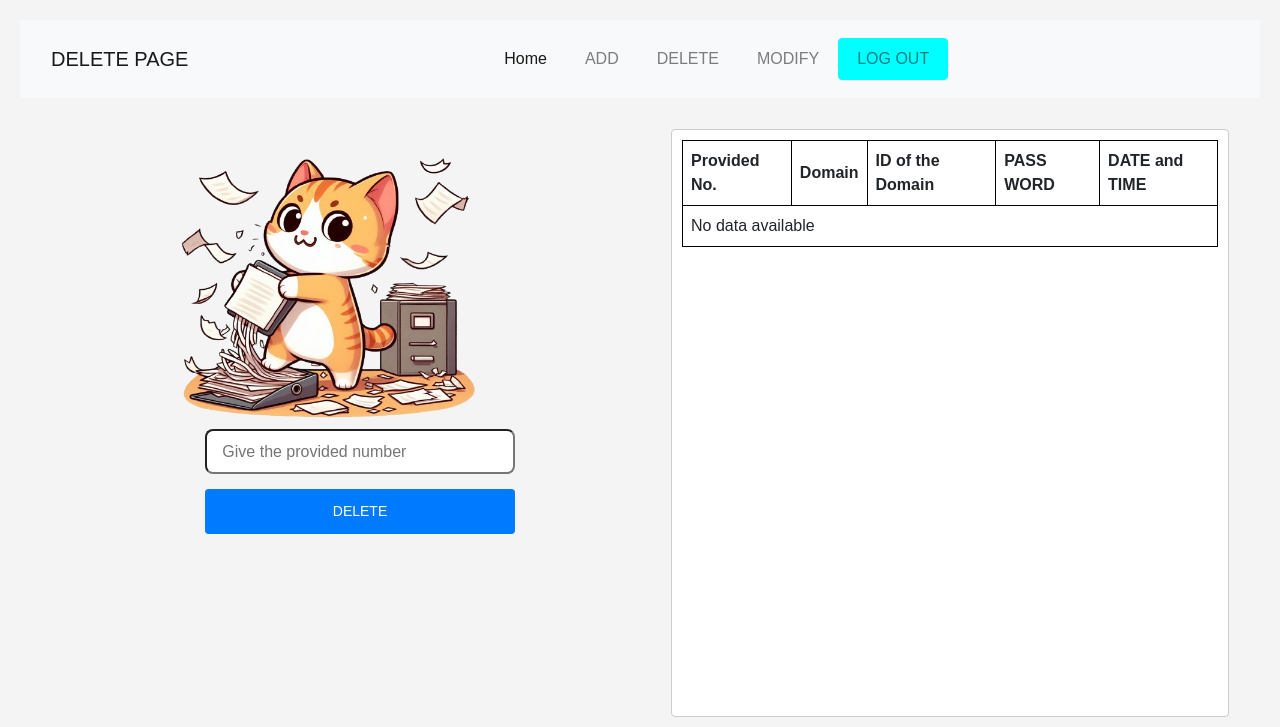
Repository: wizzy-abhishek/Projects
Page: http://localhost/Iam_Doing/Delete.jsp
An editor plug-in stored every save of this project. The page is shown before and after the next save, followed by the edit.
The browser window is 1280 px wide. The pictures show the whole page.
Some web libraries are served in a nearby version. The page is served by Tomcat 10. Nobody is signed in. The application's start-up code is not run.

Above is the page before, as saved 2024-06-28 22:35:25.

After the next save:
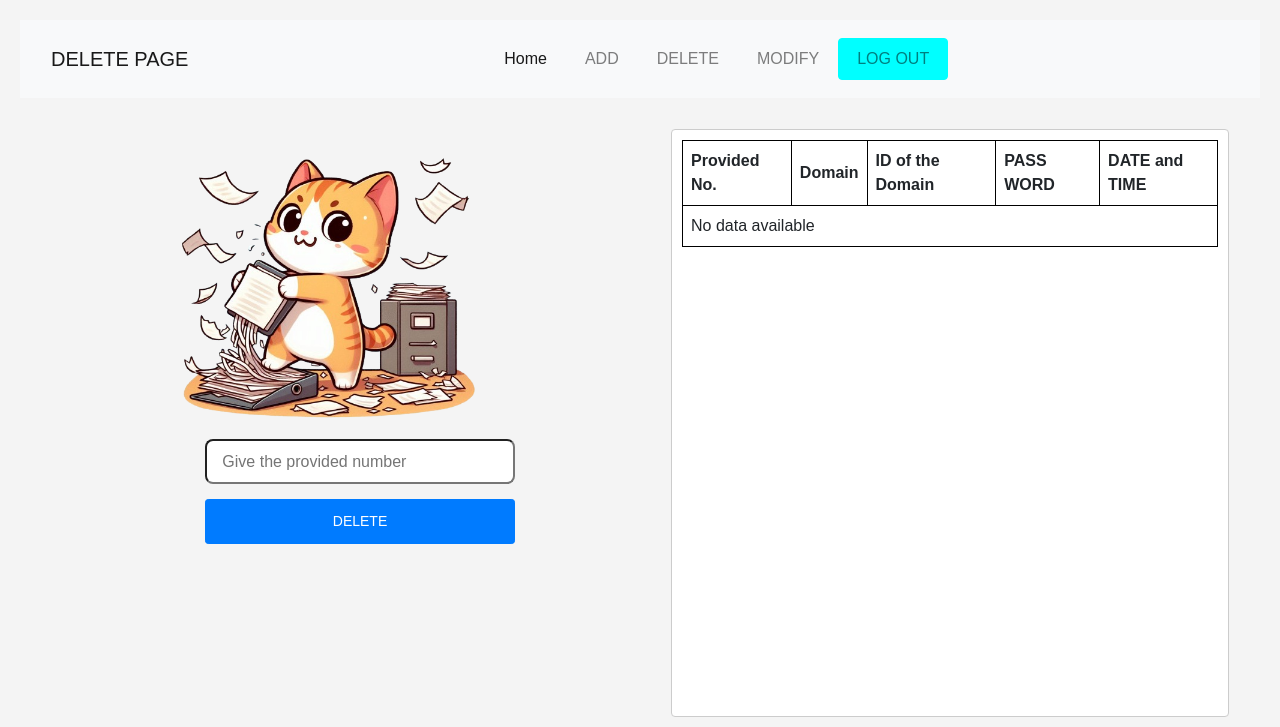
Saved 34 s later.
--- a/Iam_Doing/src/main/webapp/Delete.jsp
+++ b/Iam_Doing/src/main/webapp/Delete.jsp
@@ -62,7 +62,7 @@
 
     <form action="Deleted" method="post">
         <div class="form-group">
-            <input type="text" name="Provided_number" placeholder=" &nbsp Give the provided number " required style="width: 310px; height: 45px; margin: 0 auto;">
+            <input type="text" name="Provided_number" placeholder=" &nbsp Give the provided number " required style="width: 310px; height: 45px; margin: 10px auto;">
         </div>
         <div class="form-group">
             <button type="submit" class="btn btn-primary btn-sm"  style="width: 310px; height: 45px; margin: 0 auto;">DELETE</button>
